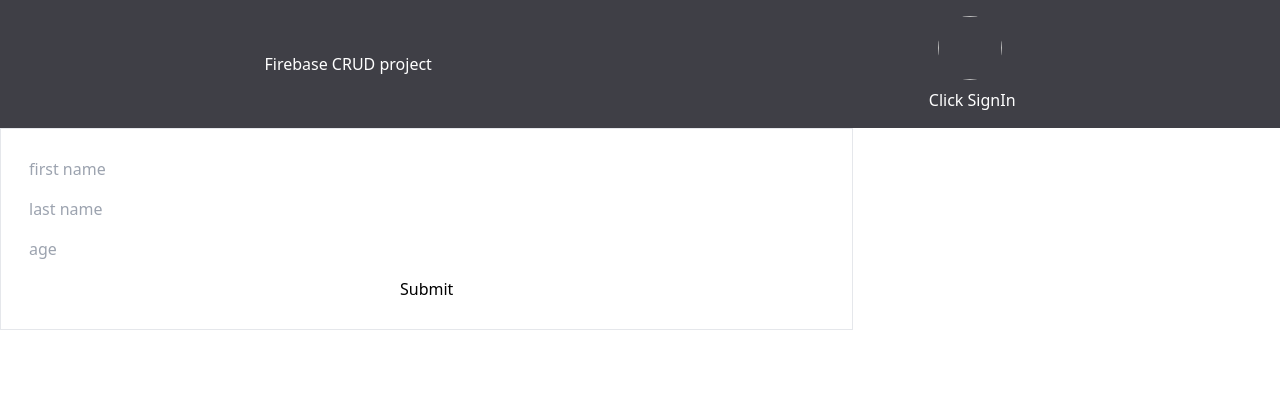
Repository: Semanmernstack/firebase-crud
Page: /
The author's editor kept a copy of each file at every save. The page is drawn from the files as they stood at one save, then again after the next save.
The browser window is 1280 px wide. The pictures show the whole page.
The project was rebuilt for these pictures with package versions that can differ from the ones it lists, and the page was loaded fresh each time.

Above is the page before, as saved 2023-03-17 02:03:00.

### src/index.css
body {
  margin: 0;

}

@tailwind base;
@tailwind components;
@tailwind utilities;

### src/App.js



import Body from "./components/Body";
import Header from "./components/Header";





function App() {

  return (
    <div className="">
      <Header/>
      <Body/>
    </div>
  );
}

export default App;

### src/components/Body.js
import React from 'react'
import { useForm } from 'react-hook-form';

function Body() {
    const {
        register,
        handleSubmit,
        formState: { errors },
    } = useForm();
    const onSubmit = data => console.log(data);
  return (
    <div className="p-3 text-black flex flex-col w-2/3 border">
        <form className='flex flex-col p-4 gap-4' onSubmit={handleSubmit(onSubmit)}>
            <input placeholder='first name'  {...register('firstName')} />
            <input placeholder='last name' {...register('lastName', { required: true })} />
            {errors.lastName && <p>Last name is required.</p>}
            <input placeholder='age' {...register('age', { pattern: /\d+/ })} />
            {errors.age && <p>Please enter number for age.</p>}
            <input type="submit" />
        </form>

    </div>
  )
}

export default Body

### src/components/Header.js


import Login from "./Login"


function Header() {
  const [user, setUser] = ("")


  return (
    <nav className="flex items-center justify-around bg-zinc-700 text-white p-4">
        <div>
            <h1> Firebase CRUD project</h1>
        </div>
        <Login/>

    </nav>


  )
}

export default Header

### src/components/Login.js
import { onAuthStateChanged, signInWithPopup } from 'firebase/auth'
import React, { useEffect, useState } from 'react'
import { auth, provider } from '../firebase.'


function Login() {
    const [user, setUser] = useState("")
    useEffect(() => {

        onAuthStateChanged(auth, (user) => {
            console.log(user)
          if (user) {
            setUser(user)
          }
        })

      }, [])





    const signIn = () => {
       try {
            signInWithPopup(auth, provider)
       }
       catch (error) {
            alert(error.message)
       }
    }
  return (
    <div className="flex flex-col items-center gap-2">
        <div className="flex gap-1 items-center">
            <img className='rounded-full h-16 w-16' src={user.photoURL} alt="" />
            <h1>{user?.displayName}</h1>
        </div>
        <div>
            <button onClick={signIn} >Click SignIn</button>
        </div>



    </div>
  )
}

export default Login

### src/firebase..js
import { initializeApp } from "firebase/app";
import { getAuth, GoogleAuthProvider } from "firebase/auth";
import { getFirestore } from "firebase/firestore";
// TODO: Add SDKs for Firebase products that you want to use
// https://firebase.google.com/docs/web/setup#available-libraries

// Your web app's Firebase configuration
const firebaseConfig = {
  apiKey: "AIzaSyBgS0aivKoq6PRjPIzLlCpHxI0D8M1DMtw",
  authDomain: "school-81c7d.firebaseapp.com",
  projectId: "school-81c7d",
  storageBucket: "school-81c7d.appspot.com",
  messagingSenderId: "524069258489",
  appId: "1:524069258489:web:11c09d32a06e9a8b970e28"
};

// Initialize Firebase
const app = initializeApp(firebaseConfig);
const auth = getAuth(app);
const provider = new GoogleAuthProvider();

export { auth, provider }

Loaded but not shown: public/index.html (common file); src/index.js (common file); src/reportWebVitals.js (common file); tailwind.config.js (common file)

After the next save:
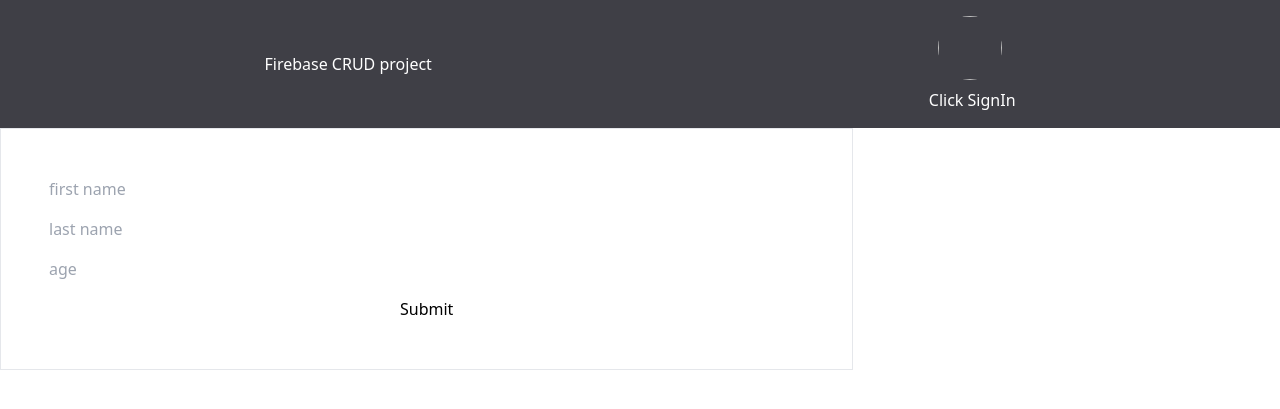
Saved 22 s later.
--- a/src/components/Body.js
+++ b/src/components/Body.js
@@ -9,7 +9,7 @@ function Body() {
     } = useForm();
     const onSubmit = data => console.log(data);
   return (
-    <div className="p-3 text-black flex flex-col w-2/3 border">
+    <div className="p-8 text-black flex flex-col w-2/3 border">
         <form className='flex flex-col p-4 gap-4' onSubmit={handleSubmit(onSubmit)}>
             <input placeholder='first name'  {...register('firstName')} />
             <input placeholder='last name' {...register('lastName', { required: true })} />
